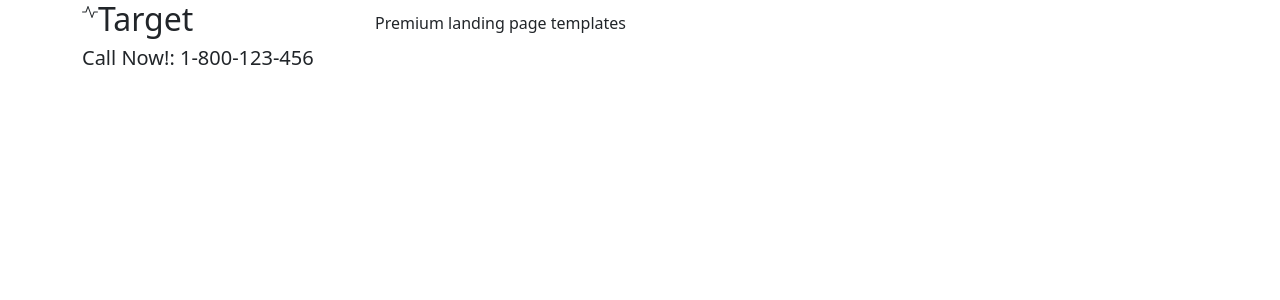
Repository: lyvandat/dh---bootstrap1
Page: index.html
An editor plug-in stored every save of this project. The page is shown before and after the next save, followed by the edit.
The browser window is 1280 px wide. The pictures show the whole page.
Some web libraries are served in a nearby version.

Above is the page before, as saved 2022-10-27 15:14:45.

### index.html
<!DOCTYPE html>
<html lang="en">
  <head>
    <!-- Required meta tags -->
    <meta charset="utf-8" />
    <meta name="viewport" content="width=device-width, initial-scale=1" />

    <!-- Bootstrap CSS -->
    <link
      href="https://cdn.jsdelivr.net/npm/bootstrap@5.0.2/dist/css/bootstrap.min.css"
      rel="stylesheet"
      integrity="sha384-EVSTQN3/azprG1Anm3QDgpJLIm9Nao0Yz1ztcQTwFspd3yD65VohhpuuCOmLASjC"
      crossorigin="anonymous"
    />
    <link
      rel="stylesheet"
      href="https://cdn.jsdelivr.net/npm/bootstrap-icons@1.9.1/font/bootstrap-icons.css"
    />
    <title>Hello, world!</title>
  </head>
  <body>
    <div class="container header align-items-center">
      <div class="row">
        <div class="col-3 d-inline-flex me-2">
          <i class="bi bi-activity"></i>
          <h2>Target</h2>
        </div>
        <div class="col-6 d-flex align-items-center">
          <div class="">Premium landing page templates</div>
        </div>
        <div class="col-3 d-flex align-items-center">
          <h3 class="fs-5">Call Now!: 1-800-123-456</h3>
        </div>
      </div>
    </div>

    <!-- Optional JavaScript; choose one of the two! -->

    <!-- Option 1: Bootstrap Bundle with Popper -->
    <script
      src="https://cdn.jsdelivr.net/npm/bootstrap@5.0.2/dist/js/bootstrap.bundle.min.js"
      integrity="sha384-MrcW6ZMFYlzcLA8Nl+NtUVF0sA7MsXsP1UyJoMp4YLEuNSfAP+JcXn/tWtIaxVXM"
      crossorigin="anonymous"
    ></script>
  </body>
</html>

After the next save:
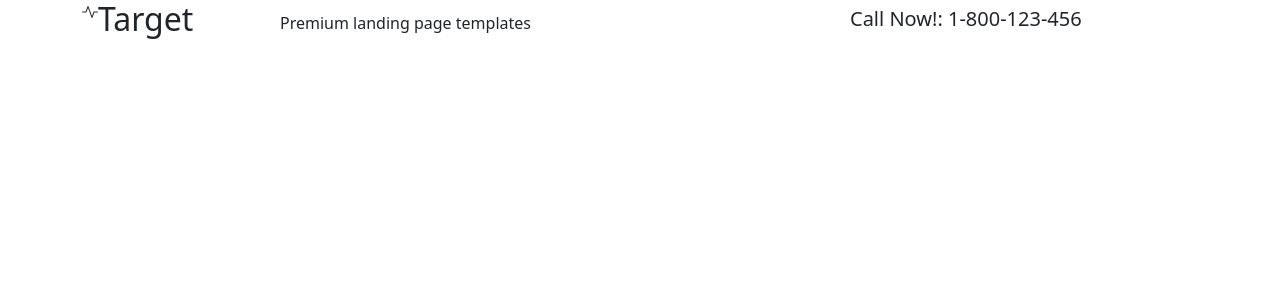
Saved 5 s later.
--- a/index.html
+++ b/index.html
@@ -21,7 +21,7 @@
   <body>
     <div class="container header align-items-center">
       <div class="row">
-        <div class="col-3 d-inline-flex me-2">
+        <div class="col-2 d-inline-flex me-2">
           <i class="bi bi-activity"></i>
           <h2>Target</h2>
         </div>
